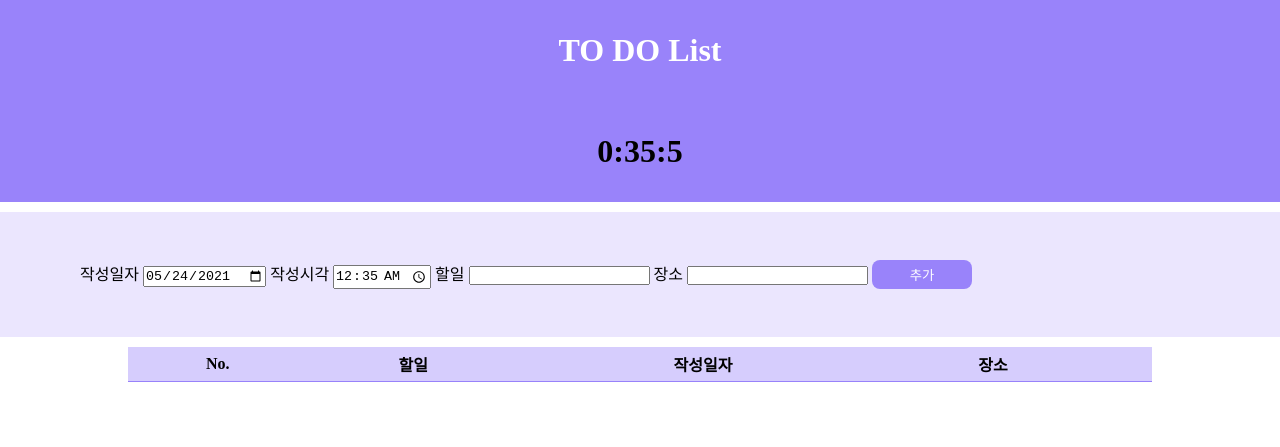
Repository: soyeon-noh/TodoList_Project
Page: http://localhost/Server_PR_TodoList/
These files come from the project's save history. The page is drawn as it stood at one moment and after the next save; the edit follows.
The browser window is 1280 px wide. The pictures show the whole page.
The page is served by Tomcat 9. Other server files are loaded and not shown. Queries for data that is not in the repository find no rows.

Above is the page before, as saved 2021-05-25 04:06:44.

### Server_PR_TodoList/src/main/webapp/WEB-INF/views/home.jsp
<%@ page language="java" contentType="text/html; charset=UTF-8"
    pageEncoding="UTF-8"%>
<%@ taglib uri="http://java.sun.com/jsp/jstl/core"
			prefix="c"%>
<c:set value="${pageContext.request.contextPath}"
		var="rootPath"/>
<!DOCTYPE html>
<html>
<head>
<meta charset="UTF-8">
<title>TODOList 메인화면</title>
<link href="${rootPath}/static/css/home.css?ver2" rel="stylesheet"/>

<style>

</style>


</head>
  <body>
  	<%@ include file="/WEB-INF/views/include_nav.jsp" %>
    <form class ="v1" method="POST">
    	<div>
    		<label for="date">작성일자</label>
    		<input name="td_date"
    				type="date" value="${TD.td_date}">
    	</div>

    	<div>
    		<label for="time">작성시각</label>
    		<input name="td_time"
    				type="time" value="${TD.td_time}">
    	</div>

    	<div>
    		<label for="todo">할일</label>
    		<input name="td_todo"
    				type="text" value="${TD.td_todo}">
    	</div>

    	<div>
    		<label for="place">장소</label>
    		<input name="td_place"
    				type="text" value="${TD.td_place}">
    	</div>
   		<button class="btn_insert">추가</button>
    </form>

    <table id="tdlist">
      <tr>
        <th>No.</th>
        <th>할일</th>
        <th>작성일자</th>
        <th>장소</th>
        <th></th>
      </tr>
      <c:forEach items="${TDLIST}" var="TD" varStatus="i">
        <tr>
          <td>${i.count}</td>
          <td>${TD.td_todo}</td>
          <td>${TD.td_date}</td>
          <td>${TD.td_place}</td>
          <td><button class="btn_update" data-seq="${TD.td_seq}" type="button">
          		수정</button>
          		<button class="btn_delete" data-seq="${TD.td_seq}" type="button">
          		삭제</button></td>
        </tr>
      </c:forEach>
    </table>
  </body>

  <script>
  // html 코드가 다 화면에 뜨고 나서 실행하라는 명렁
  // 아래 한 줄의 코드가 있어야 어디든디 script를 넣을 수 있다.
	document.addEventListener("DOMContentLoaded",function(){
		document.querySelector("table#tdlist")
		.addEventListener("click", function(ev){
			let className = ev.target.className

			if(className == "btn_delete"){

				let seq = ev.target.dataset.seq
				alert(seq + " 삭제가 완료되었습니다.");

				document
				.location
				.replace( "${rootPath}" +
						"/UD/delete?td_seq="
						+ seq )

			} else if(className == "btn_update"){

				let seq = ev.target.dataset.seq;

				document
				.location
				.href= "${rootPath}" +
						"/UD/update?td_seq="
						+ seq
			}

		})
	})
  </script>

</html>

### Server_PR_TodoList/src/main/webapp/WEB-INF/views/include_nav.jsp
<%@ page language="java" contentType="text/html; charset=UTF-8"
    pageEncoding="UTF-8"%>

<style>
	* {
		margin: 0;
		padding: 0;
		box-sizing: border-box;
	}

    h1.clock {
        color: black;
        text-align: center;
        background-color: rgba(153, 131, 250, 20);
        padding: 2rem;
    }

</style>
<h1>TO DO List</h1>
<h2 class="date"></h2>
<h1 class="clock"></h1>
<script>
	let date = document.querySelector(".date");

    function getDate(){
        const time = new Date();
        const year = time.getUTCFullYear();
        const month = time.getUTCMonth();
        const day = time.getUTCDay();
        date.textContent = year + "-" + month + "-" + day;
    }



	let clock = document.querySelector(".clock");

	function getTime() {
		  const time = new Date();
		  const hour = time.getHours();
		  const minutes = time.getMinutes();
		  const seconds = time.getSeconds();
		  clock.textContent = hour + ":" + minutes + ":" + seconds;


	}

	function init() {
	  setInterval(getTime, 1000);
	}

	init();
</script>

### Server_PR_TodoList/src/main/java/com/callor/todo/controller/HomeController.java
package com.callor.todo.controller;

import java.io.IOException;
import java.text.SimpleDateFormat;
import java.util.Date;
import java.util.List;

import javax.servlet.ServletException;
import javax.servlet.annotation.WebServlet;
import javax.servlet.http.HttpServlet;
import javax.servlet.http.HttpServletRequest;
import javax.servlet.http.HttpServletResponse;

import com.callor.todo.model.TodoListVO;
import com.callor.todo.service.TodoService;
import com.callor.todo.service.impl.TodoServiceImplV1;

@WebServlet("/")
public class HomeController extends HttpServlet{

	protected TodoService tdService;
	public HomeController() {
		tdService = new TodoServiceImplV1();
	}
	@Override
	protected void doGet(HttpServletRequest req, HttpServletResponse resp) throws ServletException, IOException {
		// TODO selectAll()
		List<TodoListVO> tdList = tdService.selectAll();
		req.setAttribute("TDLIST", tdList);

		// TODO insert()
		TodoListVO tdVO = new TodoListVO();

		// SimpleDateFormat : 날짜 및 시간을 형식화하고 구문 분석하는 메소드 제공
		SimpleDateFormat sd = new SimpleDateFormat("yyyy-MM-dd");
		SimpleDateFormat st = new SimpleDateFormat("HH:mm:ss");

		// 현재시간을 저장
		Date date = new Date(System.currentTimeMillis());

		// 현재 시간을 변환해 VO에 넣어준다
		tdVO.setTd_seq(0L);
		tdVO.setTd_date(sd.format(date));
		tdVO.setTd_time(st.format(date));

		req.setAttribute("TD", tdVO);

		// home.jsp 화면을 보여줘라
		RequestController.reqController(req, resp, "home");
	}
	@Override
	protected void doPost(HttpServletRequest req, HttpServletResponse resp) throws ServletException, IOException {
		// TODO insert()

		// 한글 인코딩 세팅
		req.setCharacterEncoding("UTF-8");

		// user가 입력한 data 확인
		String td_date = req.getParameter("td_date");
		String td_time = req.getParameter("td_time");
		String td_todo = req.getParameter("td_todo");
		String td_place = req.getParameter("td_place");

		TodoListVO tdVO = new TodoListVO();
		tdVO.setTd_date(td_date);
		tdVO.setTd_time(td_time);
		tdVO.setTd_todo(td_todo);
		tdVO.setTd_place(td_place);

		tdService.insert(tdVO);

		System.out.println("insert : " + tdVO);

		resp.sendRedirect("/todo");
	}

}

### Server_PR_TodoList/src/main/java/com/callor/todo/service/impl/TodoServiceImplV1.java
package com.callor.todo.service.impl;

import java.sql.Connection;
import java.sql.PreparedStatement;
import java.sql.ResultSet;
import java.sql.SQLException;
import java.util.ArrayList;
import java.util.List;

import com.callor.todo.config.DbInfo;
import com.callor.todo.config.MySQLConnection;
import com.callor.todo.model.TodoListVO;
import com.callor.todo.service.TodoService;

public class TodoServiceImplV1 implements TodoService{

	// 먼저 db와 연결
	protected Connection dbConn;

	public TodoServiceImplV1() {
		dbConn = MySQLConnection.getDBConnection();
	}


	protected List<TodoListVO> select(PreparedStatement pStr) throws SQLException{
		// TODO DB로부터 데이터를 받아와 List에 저장
		List<TodoListVO> tdList = new ArrayList<TodoListVO>();

		ResultSet rSet = pStr.executeQuery();
		while(rSet.next()) {
			TodoListVO tdVO = new TodoListVO();
			tdVO.setTd_seq(rSet.getLong(DbInfo.td_seq));
			tdVO.setTd_date(rSet.getString(DbInfo.td_date));
			tdVO.setTd_time(rSet.getString(DbInfo.td_time));
			tdVO.setTd_todo(rSet.getString(DbInfo.td_todo));
			tdVO.setTd_place(rSet.getString(DbInfo.td_place));
			tdList.add(tdVO);
		}

		// 데이터 확인
		System.out.println("select : " + tdList.toString());
		return tdList;
	}

	@Override
	public List<TodoListVO> selectAll() {
		// TODO List 전체 데이터 조회

		String sql = " SELECT * FROM tbl_todo_list ";
		sql += " ORDER BY td_date DESC, td_time DESC ";

		PreparedStatement pStr = null;

		try {
			pStr = dbConn.prepareStatement(sql);
			List<TodoListVO> tdList = this.select(pStr);
			pStr.close();

			System.out.println("selectAll : " + tdList.toString());
			return tdList;
		} catch (SQLException e) {
			// TODO Auto-generated catch block
			e.printStackTrace();
		}
		return null;
	}

	@Override
	public TodoListVO findById(Long seq) {
		// TODO 일련번호로 조회
		String sql = " SELECT * FROM tbl_todo_list ";
		sql += " WHERE td_seq = ? ";

		PreparedStatement pStr = null;

		try {
			pStr = dbConn.prepareStatement(sql);
			pStr.setLong(1, seq);

			List<TodoListVO> tdList = this.select(pStr);

			pStr.close();

			if(tdList != null && tdList.size() > 0) {
				return tdList.get(0);
			}


		} catch (SQLException e) {
			// TODO Auto-generated catch block
			e.printStackTrace();
		}
		return null;
	}

	@Override
	public List<TodoListVO> findByDate(String td_date) {
		// TODO 날짜로 조회
		String sql = " SELECT * FROM tbl_todo_list ";
		sql += " WHERE td_date = ? ";

		PreparedStatement pStr = null;

		try {
			pStr = dbConn.prepareStatement(sql);
			pStr.setString(1, td_date);

			List<TodoListVO> tdList = this.select(pStr);

			pStr.close();
			return tdList;

		} catch (SQLException e) {
			// TODO Auto-generated catch block
			e.printStackTrace();
		}
		return null;
	}

	@Override
	public List<TodoListVO> findByTodo(String td_todo) {
		// TODO 할일내용으로 조회
		return null;
	}

	@Override
	public List<TodoListVO> findByPlace(String td_place) {
		// TODO 장소로 조회
		return null;
	}

	@Override
	public Integer insert(TodoListVO tdVO) {
		// TODO 데이터 추가

		String sql = " INSERT INTO tbl_todo_list ";
		sql += " ( ";
		sql += " td_date, ";
		sql += " td_time, ";
		sql += " td_todo, ";
		sql += " td_place) ";
		sql += " VALUES( ?,?,?,? ) ";


		// SQL 구문을 실행시키는 객체
		PreparedStatement pStr = null;

		try {
			pStr = dbConn.prepareStatement(sql);
			pStr.setString(1, tdVO.getTd_date());
			pStr.setString(2, tdVO.getTd_time());
			pStr.setString(3, tdVO.getTd_todo());
			pStr.setString(4, tdVO.getTd_place());

			return pStr.executeUpdate();

		} catch (SQLException e) {
			// TODO Auto-generated catch block
			e.printStackTrace();
		}
		return null;
	}


	@Override
	public Integer update(TodoListVO tdVO) {
		// TODO 데이터 업데이트
		String sql = " UPDATE tbl_todo_list SET ";
		sql += " td_date = ?, ";
		sql += " td_time = ?, ";
		sql += " td_todo = ?, ";
		sql += " td_place = ? ";

		sql += " WHERE td_seq = ? ";

		PreparedStatement pStr = null;

		try {
			pStr = dbConn.prepareStatement(sql);
			pStr.setString(1, tdVO.getTd_date());
			pStr.setString(2, tdVO.getTd_time());
			pStr.setString(3, tdVO.getTd_todo());
			pStr.setString(4, tdVO.getTd_place());

			pStr.setLong(5, tdVO.getTd_seq());
			return pStr.executeUpdate();

		} catch (SQLException e) {
			// TODO Auto-generated catch block
			e.printStackTrace();
		}

		return null;
	}

	@Override
	public Integer delete(Long seq) {
		// TODO 데이터 삭제

		String sql = " DELETE FROM tbl_todo_list ";
		sql += "WHERE td_seq = ?";

		PreparedStatement pStr = null;

		try {
			pStr = dbConn.prepareStatement(sql);
			pStr.setLong(1, seq);
			return pStr.executeUpdate();

		} catch (SQLException e) {
			// TODO Auto-generated catch block
			e.printStackTrace();
		}
		return null;
	}
}

### Server_PR_TodoList/src/main/java/com/callor/todo/config/MySQLConnection.java
package com.callor.todo.config;

import java.sql.Connection;
import java.sql.DriverManager;
import java.sql.SQLException;

public class MySQLConnection {

	private static Connection dbConn;

	static {

		String jdbcDriver = "com.mysql.cj.jdbc.Driver";
		String url = "jdbc:mysql://localhost:3306/todolist";
		String username = "tdUser";
		String password = "12345";

		try {
			Class.forName(jdbcDriver);
			if(dbConn == null) {
				dbConn = DriverManager.getConnection(url, username, password);
			}
			System.out.println("MySQL 접속 성공!!");
		} catch (ClassNotFoundException e) {
			System.out.println("MySQL Driver 를 찾을 수 없음");
		} catch (SQLException e) {
			System.out.println("MySQL DBMS 연결 실패");
		}
	}

	public static Connection getDBConnection() {
		return dbConn;
	}

}

### Server_PR_TodoList/src/main/java/com/callor/todo/model/TodoListVO.java
package com.callor.todo.model;

import lombok.AllArgsConstructor;
import lombok.Getter;
import lombok.NoArgsConstructor;
import lombok.Setter;
import lombok.ToString;

@Getter
@Setter
@ToString
@NoArgsConstructor
@AllArgsConstructor
public class TodoListVO {

	private Long td_seq;	//BIGINT
    private String td_date;	//VARCHAR(20)
    private String td_time;	//VARCHAR(20)
	private String td_todo;	//VARCHAR(200)
    private String td_place;	//VARCHAR(125)
}

### Server_PR_TodoList/src/main/java/com/callor/todo/controller/RequestController.java
package com.callor.todo.controller;

import java.io.IOException;

import javax.servlet.ServletException;
import javax.servlet.http.HttpServlet;
import javax.servlet.http.HttpServletRequest;
import javax.servlet.http.HttpServletResponse;

public class RequestController extends HttpServlet{

	public static void reqController (HttpServletRequest req,
			HttpServletResponse resp, String file) throws ServletException, IOException {

		String root = "/WEB-INF/views/" + file + ".jsp";

		req.getRequestDispatcher(root)
		.forward(req, resp);


	}

}

### Server_PR_TodoList/src/main/webapp/static/css/home.css
@charset "UTF-8";

/* 여백 초기화 */
* {
	margin: 0;
	padding: 0;
	box-sizing: border-box;
}

h1 {
	color: white;
	text-align: center;
	background-color: rgba(153,131,250,1);
	padding: 2rem;

}

form.v1 {
	background-color: rgba(153,131,250,0.2);
	padding: 3rem 5rem 3rem 5rem;
	margin: 10px auto;
}

form.v1 div{
	display: inline-block;
}

form.v1 label{
	width: 150px;
	text-align: right;
}

form.v1 button{
		outline: 0;
		border: 0;
		width: 100px;
		color: white;
		padding: 5px;
		background-color: rgba(153,131,250,1);
		border-radius: 8px;
}

table {
	border-collapse: collapse;
	width: 80%;
	margin: 10px auto;
}

td, th {
	border-bottom: 1px solid #9882FA;
	padding: 5px;
	text-align: center;
}

th {
	background-color: rgba(153,131,250,0.4);
}

After the next save:
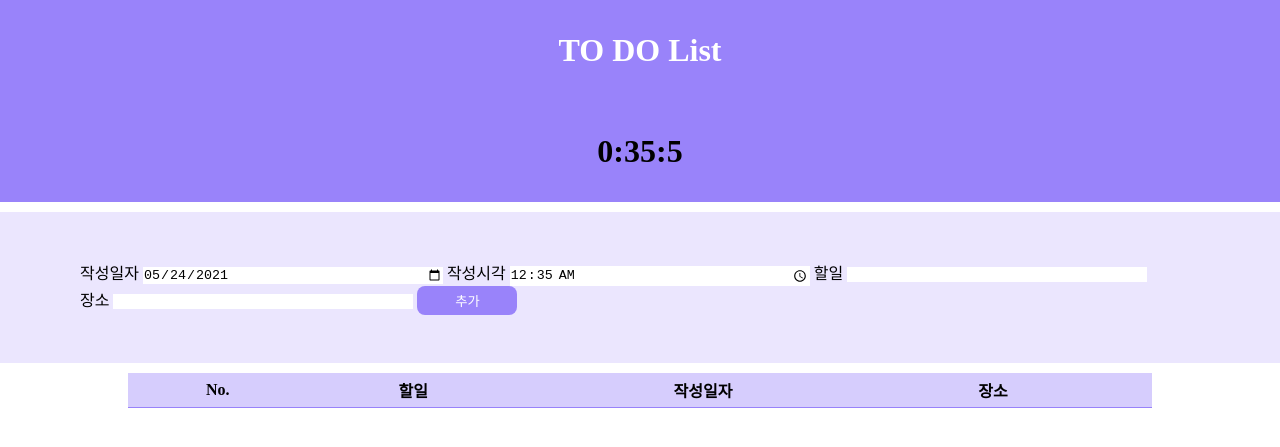
Saved 74 s later.
--- a/Server_PR_TodoList/src/main/webapp/static/css/home.css
+++ b/Server_PR_TodoList/src/main/webapp/static/css/home.css
@@ -30,6 +30,11 @@ form.v1 label{
 	text-align: right;
 }
 
+form.v1 input{
+	width: 300px;
+	border: 1px;
+}
+
 form.v1 button{
 		outline: 0;
 		border: 0;
